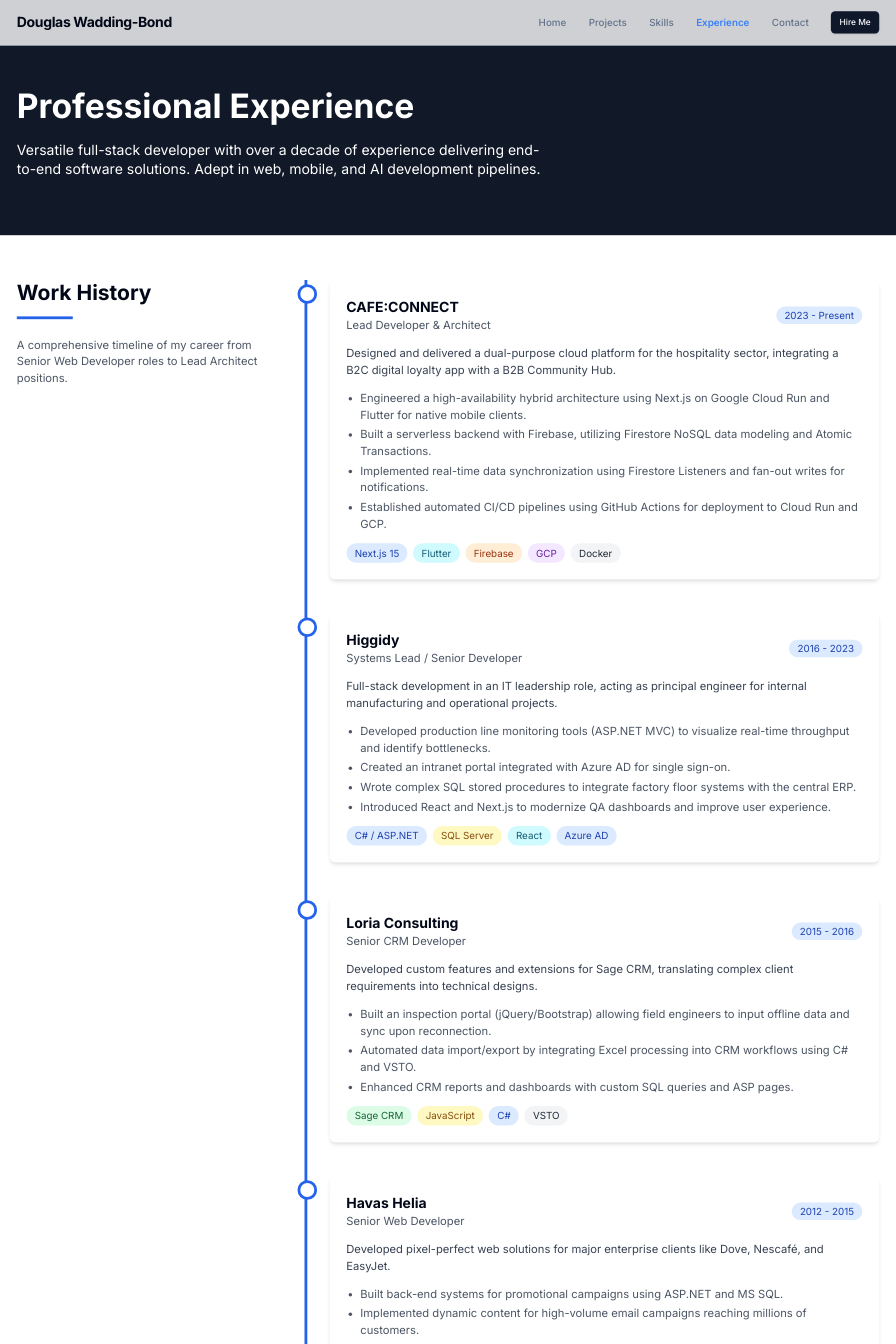
Repository: DaLexisX/WaddingBondWebsite
Page: /experience
An editor plug-in stored every save of this project. The page is shown before and after the next save, followed by the edit.
The browser window is 1280 px wide. The pictures show the part of the page from y = 0 to 1920 px (the page is 4101 px tall before and 4129 px after), at 70% of full size.
The project was rebuilt for these pictures with package versions that can differ from the ones it lists, and the page was loaded fresh each time. The framework's server and built-in components were replaced by stand-ins that run in the browser. Also part of the build but not shown: next.config.ts.

Above is the page before, as saved 2025-11-30 16:04:47.

### src/app/layout.tsx
import type { Metadata } from "next";
import { Inter } from "next/font/google";
import "./globals.css";
import { Navbar } from "@/components/Navbar";
import { Footer } from "@/components/Footer";
import { Toaster } from "@/components/ui/toaster";

const inter = Inter({ subsets: ["latin"] });

export const metadata: Metadata = {
  title: "Douglas Wadding-Bond | Senior Flutter & Mobile Developer",
  description: "Personal website of Douglas Wadding-Bond, showcasing skills, projects, and professional experience in Flutter and mobile development.",
};

export default function RootLayout({
  children,
}: Readonly<{
  children: React.ReactNode;
}>) {
  return (
    <html lang="en" className="scroll-smooth">
      <body className={inter.className}>
        <Navbar />
        <main className="min-h-screen">
            {children}
        </main>
        <Footer />
        <Toaster />
      </body>
    </html>
  );
}

### src/app/experience/page.tsx
import React from 'react';

export default function Experience() {
  return (
    <div className="min-h-screen">
      {/* Experience Hero Section */}
      <section className="bg-gray-900 text-white pt-32 pb-20">
        <div className="container mx-auto px-6">
          <h1 className="text-4xl md:text-5xl font-bold mb-6">Professional Experience</h1>
          <p className="text-xl max-w-3xl">
            Versatile full-stack developer with over a decade of experience delivering end-to-end software solutions.
            Adept in web, mobile, and AI development pipelines.
          </p>
        </div>
      </section>

      {/* Timeline Section */}
      <section className="py-16">
        <div className="container mx-auto px-6">
          <div className="flex flex-col md:flex-row">
            <div className="md:w-1/3 mb-8 md:mb-0">
              <h2 className="text-3xl font-bold mb-4">Work History</h2>
              <div className="w-20 h-1 bg-blue-600 mb-6"></div>
              <p className="text-gray-600 pr-6">
                A comprehensive timeline of my career from Senior Web Developer roles to Lead Architect positions.
              </p>
            </div>
            <div className="md:w-2/3">
              <div className="relative border-l-4 border-blue-600 pl-8 pb-6">

                {/* CAFE:CONNECT */}
                <div className="mb-12">
                  <div className="absolute -left-3.5 mt-1.5 h-7 w-7 rounded-full border-4 border-blue-600 bg-white"></div>
                  <div className="bg-white p-6 rounded-lg shadow-md">
                    <div className="flex flex-col md:flex-row md:items-center md:justify-between mb-4">
                      <div>
                        <h3 className="text-xl font-bold">CAFE:CONNECT</h3>
                        <p className="text-gray-600">Lead Developer & Architect</p>
                      </div>
                      <div className="mt-2 md:mt-0">
                        <span className="bg-blue-100 text-blue-800 px-3 py-1 rounded-full text-sm">2023 - Present</span>
                      </div>
                    </div>
                    <p className="text-gray-700 mb-4">
                      Designed and delivered a dual-purpose cloud platform for the hospitality sector, integrating a B2C digital loyalty app with a B2B Community Hub.
                    </p>
                    <ul className="list-disc pl-5 space-y-1 text-gray-600 mb-4">
                      <li>Engineered a high-availability hybrid architecture using Next.js on Google Cloud Run and Flutter for native mobile clients.</li>
                      <li>Built a serverless backend with Firebase, utilizing Firestore NoSQL data modeling and Atomic Transactions.</li>
                      <li>Implemented real-time data synchronization using Firestore Listeners and fan-out writes for notifications.</li>
                      <li>Established automated CI/CD pipelines using GitHub Actions for deployment to Cloud Run and GCP.</li>
                    </ul>
                    <div className="flex flex-wrap gap-2">
                      <span className="bg-blue-100 text-blue-800 px-3 py-1 rounded-full text-sm">Next.js 15</span>
                      <span className="bg-cyan-100 text-cyan-800 px-3 py-1 rounded-full text-sm">Flutter</span>
                      <span className="bg-orange-100 text-orange-800 px-3 py-1 rounded-full text-sm">Firebase</span>
                      <span className="bg-purple-100 text-purple-800 px-3 py-1 rounded-full text-sm">GCP</span>
                      <span className="bg-gray-100 text-gray-800 px-3 py-1 rounded-full text-sm">Docker</span>
                    </div>
                  </div>
                </div>

                {/* Higgidy */}
                <div className="mb-12">
                  <div className="absolute -left-3.5 mt-1.5 h-7 w-7 rounded-full border-4 border-blue-600 bg-white"></div>
                  <div className="bg-white p-6 rounded-lg shadow-md">
                    <div className="flex flex-col md:flex-row md:items-center md:justify-between mb-4">
                      <div>
                        <h3 className="text-xl font-bold">Higgidy</h3>
                        <p className="text-gray-600">Systems Lead / Senior Developer</p>
                      </div>
                      <div className="mt-2 md:mt-0">
                        <span className="bg-blue-100 text-blue-800 px-3 py-1 rounded-full text-sm">2016 - 2023</span>
                      </div>
                    </div>
                    <p className="text-gray-700 mb-4">
                      Full-stack development in an IT leadership role, acting as principal engineer for internal manufacturing and operational projects.
                    </p>
                    <ul className="list-disc pl-5 space-y-1 text-gray-600 mb-4">
                      <li>Developed production line monitoring tools (ASP.NET MVC) to visualize real-time throughput and identify bottlenecks.</li>
                      <li>Created an intranet portal integrated with Azure AD for single sign-on.</li>
                      <li>Wrote complex SQL stored procedures to integrate factory floor systems with the central ERP.</li>
                      <li>Introduced React and Next.js to modernize QA dashboards and improve user experience.</li>
                    </ul>
                    <div className="flex flex-wrap gap-2">
                      <span className="bg-blue-100 text-blue-800 px-3 py-1 rounded-full text-sm">C# / ASP.NET</span>
                      <span className="bg-yellow-100 text-yellow-800 px-3 py-1 rounded-full text-sm">SQL Server</span>
                      <span className="bg-cyan-100 text-cyan-800 px-3 py-1 rounded-full text-sm">React</span>
                      <span className="bg-blue-100 text-blue-800 px-3 py-1 rounded-full text-sm">Azure AD</span>
                    </div>
                  </div>
                </div>

                {/* Loria Consulting */}
                <div className="mb-12">
                  <div className="absolute -left-3.5 mt-1.5 h-7 w-7 rounded-full border-4 border-blue-600 bg-white"></div>
                  <div className="bg-white p-6 rounded-lg shadow-md">
                    <div className="flex flex-col md:flex-row md:items-center md:justify-between mb-4">
                      <div>
                        <h3 className="text-xl font-bold">Loria Consulting</h3>
                        <p className="text-gray-600">Senior CRM Developer</p>
                      </div>
                      <div className="mt-2 md:mt-0">
                        <span className="bg-blue-100 text-blue-800 px-3 py-1 rounded-full text-sm">2015 - 2016</span>
                      </div>
                    </div>
                    <p className="text-gray-700 mb-4">
                      Developed custom features and extensions for Sage CRM, translating complex client requirements into technical designs.
                    </p>
                    <ul className="list-disc pl-5 space-y-1 text-gray-600 mb-4">
                      <li>Built an inspection portal (jQuery/Bootstrap) allowing field engineers to input offline data and sync upon reconnection.</li>
                      <li>Automated data import/export by integrating Excel processing into CRM workflows using C# and VSTO.</li>
                      <li>Enhanced CRM reports and dashboards with custom SQL queries and ASP pages.</li>
                    </ul>
                    <div className="flex flex-wrap gap-2">
                      <span className="bg-green-100 text-green-800 px-3 py-1 rounded-full text-sm">Sage CRM</span>
                      <span className="bg-yellow-100 text-yellow-800 px-3 py-1 rounded-full text-sm">JavaScript</span>
                      <span className="bg-blue-100 text-blue-800 px-3 py-1 rounded-full text-sm">C#</span>
                      <span className="bg-gray-100 text-gray-800 px-3 py-1 rounded-full text-sm">VSTO</span>
                    </div>
                  </div>
                </div>

                {/* Havas Helia */}
                <div className="mb-12">
                  <div className="absolute -left-3.5 mt-1.5 h-7 w-7 rounded-full border-4 border-blue-600 bg-white"></div>
                  <div className="bg-white p-6 rounded-lg shadow-md">
                    <div className="flex flex-col md:flex-row md:items-center md:justify-between mb-4">
                      <div>
                        <h3 className="text-xl font-bold">Havas Helia</h3>
                        <p className="text-gray-600">Senior Web Developer</p>
                      </div>
                      <div className="mt-2 md:mt-0">
                        <span className="bg-blue-100 text-blue-800 px-3 py-1 rounded-full text-sm">2012 - 2015</span>
                      </div>
                    </div>
                    <p className="text-gray-700 mb-4">
                      Developed pixel-perfect web solutions for major enterprise clients like Dove, Nescafé, and EasyJet.
                    </p>
                    <ul className="list-disc pl-5 space-y-1 text-gray-600 mb-4">
                      <li>Built back-end systems for promotional campaigns using ASP.NET and MS SQL.</li>
                      <li>Implemented dynamic content for high-volume email campaigns reaching millions of customers.</li>
                      <li>Migrated legacy PHP/MySQL websites to ASP.NET platforms, improving security and stability.</li>
                      <li>Optimized performance to achieve sub-second load times despite heavy graphical content.</li>
                    </ul>
                    <div className="flex flex-wrap gap-2">
                      <span className="bg-orange-100 text-orange-800 px-3 py-1 rounded-full text-sm">HTML5/CSS3</span>
                      <span className="bg-blue-100 text-blue-800 px-3 py-1 rounded-full text-sm">ASP.NET</span>
                      <span className="bg-purple-100 text-purple-800 px-3 py-1 rounded-full text-sm">APIs</span>
                    </div>
                  </div>
                </div>

                {/* SilentManager */}
                <div>
                  <div className="absolute -left-3.5 mt-1.5 h-7 w-7 rounded-full border-4 border-blue-600 bg-white"></div>
                  <div className="bg-white p-6 rounded-lg shadow-md">
                    <div className="flex flex-col md:flex-row md:items-center md:justify-between mb-4">
                      <div>
                        <h3 className="text-xl font-bold">SilentManager</h3>
                        <p className="text-gray-600">Senior Web Developer</p>
                      </div>
                      <div className="mt-2 md:mt-0">
                        <span className="bg-blue-100 text-blue-800 px-3 py-1 rounded-full text-sm">2009 - 2012</span>
                      </div>
                    </div>
                    <p className="text-gray-700 mb-4">
                      Full-stack developer for interactive fantasy sports gaming platforms handling tens of thousands of concurrent users.
                    </p>
                    <ul className="list-disc pl-5 space-y-1 text-gray-600 mb-4">
                      <li>Programmed complex game logic and real-time leaderboards using C# and T-SQL.</li>
                      <li>Built and published a companion iOS app in Objective-C.</li>
                      <li>Implemented OAuth login flows (Facebook/Yahoo) to lower barriers to entry.</li>
                      <li>Developed internal admin tools for game operations and content moderation.</li>
                    </ul>
                    <div className="flex flex-wrap gap-2">
                      <span className="bg-blue-100 text-blue-800 px-3 py-1 rounded-full text-sm">Web Forms</span>
                      <span className="bg-gray-800 text-white px-3 py-1 rounded-full text-sm">iOS (Objective-C)</span>
                      <span className="bg-yellow-100 text-yellow-800 px-3 py-1 rounded-full text-sm">T-SQL</span>
                    </div>
                  </div>
                </div>

              </div>
            </div>
          </div>
        </div>
      </section>

      {/* Key Achievements Section */}
      <section className="py-16 bg-gray-100">
        <div className="container mx-auto px-6">
          <div className="flex flex-col md:flex-row">
            <div className="md:w-1/3 mb-8 md:mb-0">
              <h2 className="text-3xl font-bold mb-4">Key Achievements</h2>
              <div className="w-20 h-1 bg-blue-600 mb-6"></div>
            </div>
            <div className="md:w-2/3">
              <div className="grid grid-cols-1 md:grid-cols-2 gap-8">

                <div className="bg-white p-6 rounded-lg shadow-md">
                  <div className="w-12 h-12 bg-blue-100 rounded-full flex items-center justify-center mb-4">
                    <svg xmlns="http://www.w3.org/2000/svg" className="h-6 w-6 text-blue-600" fill="none" viewBox="0 0 24 24" stroke="currentColor">
                      <path strokeLinecap="round" strokeLinejoin="round" strokeWidth={2} d="M19.428 15.428a2 2 0 00-1.022-.547l-2.384-.477a6 6 0 00-3.86.517l-.318.158a6 6 0 01-3.86.517L6.05 15.21a2 2 0 00-1.806.547M8 4h8l-1 1v5.172a2 2 0 00.586 1.414l5 5c1.26 1.26.367 3.414-1.415 3.414H4.828c-1.782 0-2.674-2.154-1.414-3.414l5-5A2 2 0 009 10.172V5L8 4z" />
                    </svg>
                  </div>
                  <h3 className="text-xl font-bold mb-2">Platform Launch</h3>
                  <p className="text-gray-600">
                    Successfully delivered the fully functional CAFE:CONNECT platform into production, leveraging modern serverless architecture and cross-platform mobile development.
                  </p>
                </div>

                <div className="bg-white p-6 rounded-lg shadow-md">
                  <div className="w-12 h-12 bg-green-100 rounded-full flex items-center justify-center mb-4">
                    <svg xmlns="http://www.w3.org/2000/svg" className="h-6 w-6 text-green-600" fill="none" viewBox="0 0 24 24" stroke="currentColor">
                      <path strokeLinecap="round" strokeLinejoin="round" strokeWidth={2} d="M13 10V3L4 14h7v7l9-11h-7z" />
                    </svg>
                  </div>
                  <h3 className="text-xl font-bold mb-2">Performance Optimization</h3>
                  <p className="text-gray-600">
                    Optimized inventory sync processes at Higgidy, cutting run time by 50%. Achieved sub-second load times for heavy graphical campaign sites at Havas Helia.
                  </p>
                </div>

                <div className="bg-white p-6 rounded-lg shadow-md">
                  <div className="w-12 h-12 bg-purple-100 rounded-full flex items-center justify-center mb-4">
                    <svg xmlns="http://www.w3.org/2000/svg" className="h-6 w-6 text-purple-600" fill="none" viewBox="0 0 24 24" stroke="currentColor">
                      <path strokeLinecap="round" strokeLinejoin="round" strokeWidth={2} d="M12 18h.01M8 21h8a2 2 0 002-2V5a2 2 0 00-2-2H8a2 2 0 00-2 2v14a2 2 0 002 2z" />
                    </svg>
                  </div>
                  <h3 className="text-xl font-bold mb-2">Mobile Development</h3>
                  <p className="text-gray-600">
                    Published native applications for various projects, ranging from Fantasy Sports (iOS/Objective-C) to hospitality rewards (Flutter/Dart).
                  </p>
                </div>

                <div className="bg-white p-6 rounded-lg shadow-md">
                  <div className="w-12 h-12 bg-orange-100 rounded-full flex items-center justify-center mb-4">
                    <svg xmlns="http://www.w3.org/2000/svg" className="h-6 w-6 text-orange-600" fill="none" viewBox="0 0 24 24" stroke="currentColor">
                      <path strokeLinecap="round" strokeLinejoin="round" strokeWidth={2} d="M9 12l2 2 4-4m5.618-4.016A11.955 11.955 0 0112 2.944a11.955 11.955 0 01-8.618 3.04A12.02 12.02 0 003 9c0 5.591 3.824 10.29 9 11.622 5.176-1.332 9-6.03 9-11.622 0-1.042-.133-2.052-.382-3.016z" />
                    </svg>
                  </div>
                  <h3 className="text-xl font-bold mb-2">Process Automation</h3>
                  <p className="text-gray-600">
                    Developed scheduled jobs and automated reporting tools that saved hours of manual work weekly for manufacturing and administrative teams.
                  </p>
                </div>
              </div>
            </div>
          </div>
        </div>
      </section>

      {/* Education & Certifications Section (Replaced Testimonials) */}
      <section className="py-16">
        <div className="container mx-auto px-6">
          <div className="flex flex-col md:flex-row">
            <div className="md:w-1/3 mb-8 md:mb-0">
              <h2 className="text-3xl font-bold mb-4">Education & Certifications</h2>
              <div className="w-20 h-1 bg-blue-600 mb-6"></div>
            </div>
            <div className="md:w-2/3">
              <div className="space-y-6">

                <div className="bg-white p-6 rounded-lg shadow-md flex items-start">
                  <div className="w-12 h-12 bg-blue-100 rounded-full flex-shrink-0 flex items-center justify-center mr-4">
                     <span className="font-bold text-blue-600">FIP</span>
                  </div>
                  <div>
                    <h3 className="font-bold text-lg">Fellow of Information Privacy (FIP)</h3>
                    <p className="text-gray-600">IAPP</p>
                    <p className="text-gray-500 text-sm mt-1">Recognized for comprehensive knowledge in privacy laws and data protection.</p>
                  </div>
                </div>

                <div className="bg-white p-6 rounded-lg shadow-md flex items-start">
                   <div className="w-12 h-12 bg-gray-100 rounded-full flex-shrink-0 flex items-center justify-center mr-4">
                     <svg xmlns="http://www.w3.org/2000/svg" className="h-6 w-6 text-gray-600" fill="none" viewBox="0 0 24 24" stroke="currentColor">
                       <path d="M12 14l9-5-9-5-9 5 9 5z" />
                       <path d="M12 14l6.16-3.422a12.083 12.083 0 01.665 6.479A11.952 11.952 0 0012 20.055a11.952 11.952 0 00-6.824-2.998 12.078 12.078 0 01.665-6.479L12 14z" />
                     </svg>
                  </div>
                  <div>
                    <h3 className="font-bold text-lg">BTEC Level 3 Diploma</h3>
                    <p className="text-gray-600">Aeronautical Engineering & General Engineering</p>
                  </div>
                </div>

                <div className="bg-white p-6 rounded-lg shadow-md flex items-start">
                  <div className="w-12 h-12 bg-gray-100 rounded-full flex-shrink-0 flex items-center justify-center mr-4">
                     <svg xmlns="http://www.w3.org/2000/svg" className="h-6 w-6 text-gray-600" fill="none" viewBox="0 0 24 24" stroke="currentColor">
                       <path strokeLinecap="round" strokeLinejoin="round" strokeWidth={2} d="M19 11H5m14 0a2 2 0 012 2v6a2 2 0 01-2 2H5a2 2 0 01-2-2v-6a2 2 0 012-2m14 0V9a2 2 0 00-2-2M5 11V9a2 2 0 012-2m0 0V5a2 2 0 012-2h6a2 2 0 012 2v2M7 7h10" />
                     </svg>
                  </div>
                  <div>
                    <h3 className="font-bold text-lg">NVQ Level 3</h3>
                    <p className="text-gray-600">Aeronautical Engineering</p>
                  </div>
                </div>

              </div>
            </div>
          </div>
        </div>
      </section>

      {/* Contact CTA Section */}
      <section className="py-16 bg-blue-600 text-white">
        <div className="container mx-auto px-6 text-center">
          <h2 className="text-3xl font-bold mb-4">Ready to collaborate?</h2>
          <p className="text-xl mb-8 max-w-2xl mx-auto">
            I'm currently available for new opportunities. Let's discuss how my full-stack expertise can benefit your team.
          </p>
          <a href="mailto:doug@wadding.bond" className="bg-white text-blue-600 px-8 py-4 rounded-lg font-semibold text-lg hover:bg-gray-100 transition duration-300">
            Contact Me
          </a>
        </div>
      </section>
    </div>
  );
}

### src/components/ui/toaster.tsx
"use client"

import { useToast } from "@/hooks/use-toast"
import {
  Toast,
  ToastClose,
  ToastDescription,
  ToastProvider,
  ToastTitle,
  ToastViewport,
} from "@/components/ui/toast"

export function Toaster() {
  const { toasts } = useToast()

  return (
    <ToastProvider>
      {toasts.map(function ({ id, title, description, action, ...props }) {
        return (
          <Toast key={id} {...props}>
            <div className="grid gap-1">
              {title && <ToastTitle>{title}</ToastTitle>}
              {description && (
                <ToastDescription>{description}</ToastDescription>
              )}
            </div>
            {action}
            <ToastClose />
          </Toast>
        )
      })}
      <ToastViewport />
    </ToastProvider>
  )
}

Loaded but not shown: src/app/globals.css (common file); src/lib/utils.ts (common file); src/hooks/use-toast.ts (common file); tailwind.config.ts (common file); src/components/ui/toast.tsx (129 lines, source omitted); src/components/ui/sheet.tsx (140 lines, source omitted); src/components/Navbar.tsx (121 lines, source omitted); src/components/Footer.tsx (50 lines, source omitted); src/components/ui/button.tsx (57 lines, source omitted)

After the next save:
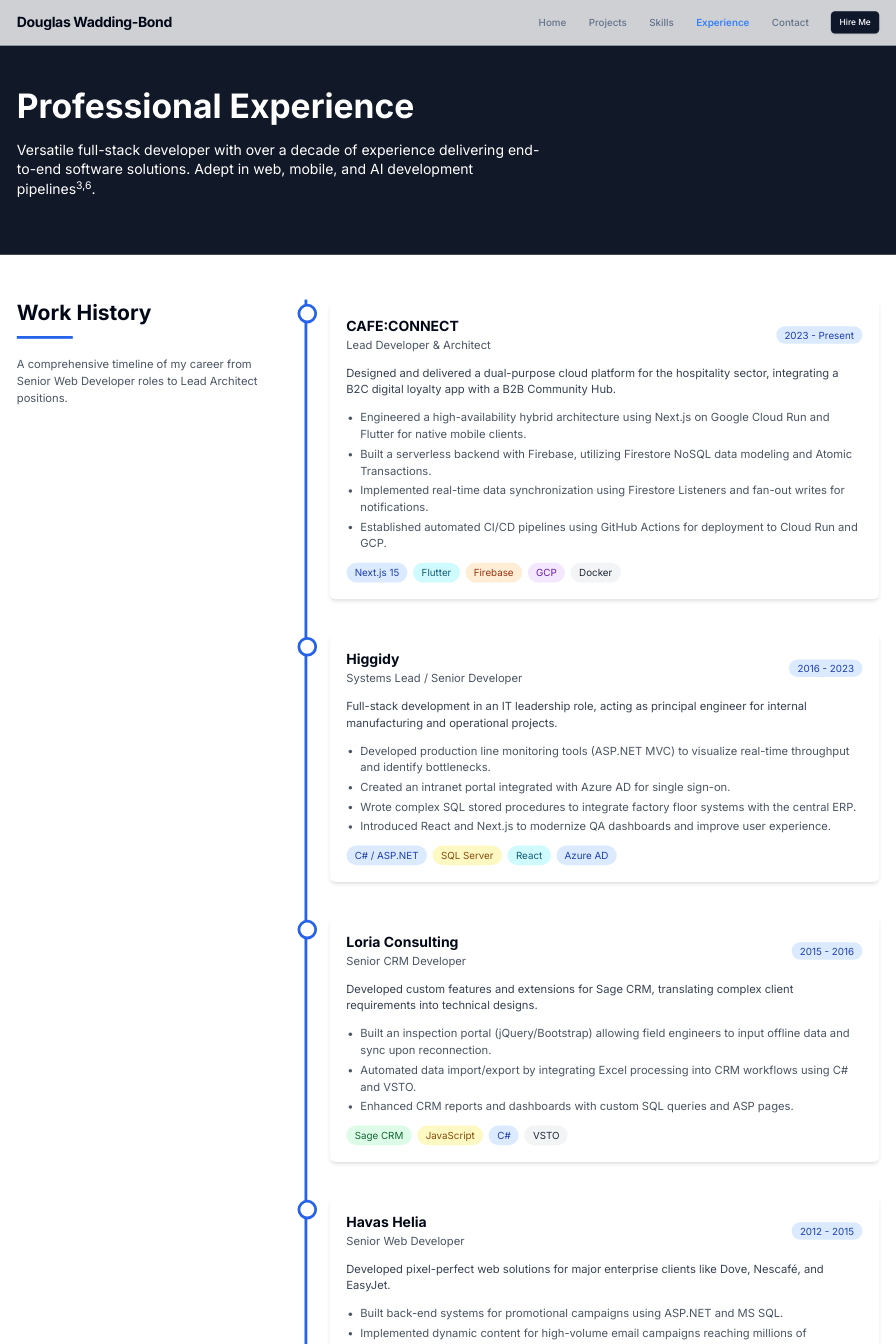
Saved 67 s later.
--- a/src/app/experience/page.tsx
+++ b/src/app/experience/page.tsx
@@ -9,7 +9,7 @@
           <h1 className="text-4xl md:text-5xl font-bold mb-6">Professional Experience</h1>
           <p className="text-xl max-w-3xl">
             Versatile full-stack developer with over a decade of experience delivering end-to-end software solutions.
-            Adept in web, mobile, and AI development pipelines.
+            Adept in web, mobile, and AI development pipelines<sup>3,6</sup>.
           </p>
         </div>
       </section>
